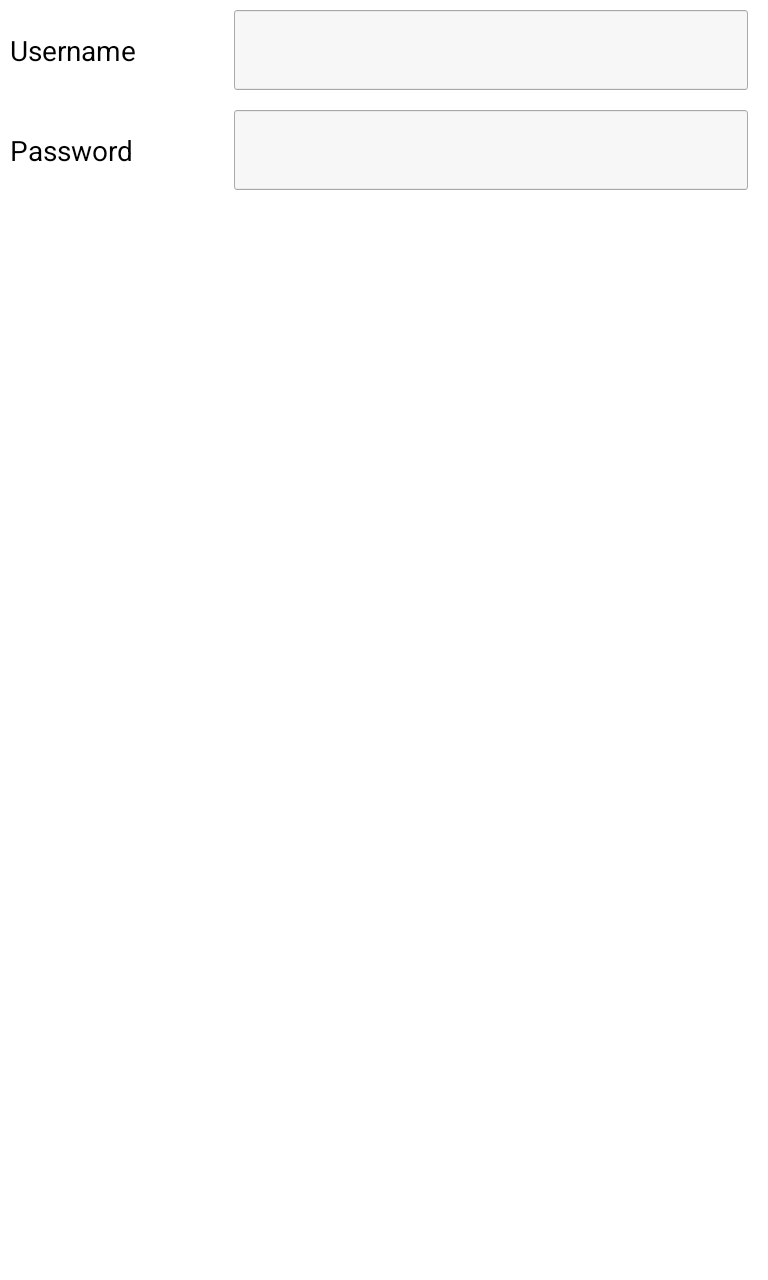
Repository: pankajk7/hotel_mockup
Layout: Hotel_MockUp/res/layout/login_layout.xml
An editor plug-in stored every save of this project. The layout is shown before and after the next save, followed by the edit.
It is drawn on a 768 x 1280 px phone screen (xhdpi) without system bars, with theme AppTheme; the app's code is not run.

Above is the layout before, as saved 2014-11-03 09:37:59.

### Hotel_MockUp/res/layout/login_layout.xml
<?xml version="1.0" encoding="utf-8"?>
<LinearLayout xmlns:android="http://schemas.android.com/apk/res/android"
    android:layout_width="fill_parent"
    android:layout_height="fill_parent"
    android:orientation="vertical"
    android:background="#fff">



     <LinearLayout
                android:layout_width="match_parent"
                android:layout_height="wrap_content"
                android:layout_margin="5dp"
                android:orientation="horizontal" >

                <TextView
                    android:layout_width="match_parent"
                    android:layout_height="match_parent"
                    android:layout_weight="2.5"
                    style="@style/textviewstyle"
                    android:gravity="center_vertical|left"
                    android:text="Username"
                    android:textSize="14dp" />

                <EditText
                    android:id="@+id/edittext_login_email"
                    android:layout_width="match_parent"
                    android:layout_height="40dp"
                    style="@style/edittextstyle"
                    android:layout_marginLeft="5dp"
                    android:layout_marginRight="5dp"
                    android:layout_weight="1"
                    android:inputType="textEmailAddress"
                    android:singleLine="true" />
            </LinearLayout>

      <LinearLayout
                android:layout_width="match_parent"
                android:layout_height="wrap_content"
                android:layout_margin="5dp"
                android:orientation="horizontal" >

                <TextView
                    android:layout_width="match_parent"
                    android:layout_height="match_parent"
                    android:layout_weight="2.5"
                    style="@style/textviewstyle"
                    android:gravity="center_vertical|left"
                    android:text="Password"
                    android:textSize="14dp" />

                <EditText
                    android:id="@+id/edittext_login_password"
                    android:layout_width="match_parent"
                    android:layout_height="40dp"
                    style="@style/edittextstyle"
                    android:layout_marginLeft="5dp"
                    android:layout_marginRight="5dp"
                    android:layout_weight="1"
                    android:inputType="textPassword"
                    android:singleLine="true" />
            </LinearLayout>

 </LinearLayout>

### Hotel_MockUp/res/values/styles.xml
<resources xmlns:android="http://schemas.android.com/apk/res/android">

    <!--
        Base application theme, dependent on API level. This theme is replaced
        by AppBaseTheme from res/values-vXX/styles.xml on newer devices.
    -->
    <style name="AppBaseTheme" parent="@android:style/Theme.Holo.Light">
        <!--
            Theme customizations available in newer API levels can go in
            res/values-vXX/styles.xml, while customizations related to
            backward-compatibility can go here.
        -->
    </style>

    <!-- Application theme. -->
    <style name="AppTheme" parent="@android:style/Theme.Holo.Light">
        <!-- All customizations that are NOT specific to a particular API-level can go here. -->
    </style>

    <style name="edittextstyle" parent="AppBaseTheme">
        <item name="android:background">@drawable/edittext_background</item>
        <item name="android:textColor">#000</item>
        <item name="android:padding">5dp</item>
    </style>

    <style name="textviewstyle" parent="AppBaseTheme">
        <item name="android:textColor">#000</item>
    </style>

</resources>

### Hotel_MockUp/res/values-v11/styles.xml
<resources>

    <!--
        Base application theme for API 11+. This theme completely replaces
        AppBaseTheme from res/values/styles.xml on API 11+ devices.
    -->
    <style name="AppBaseTheme" parent="">
        <!-- API 11 theme customizations can go here. -->
    </style>

</resources>

### Hotel_MockUp/res/values-v14/styles.xml
<resources>

    <!--
        Base application theme for API 14+. This theme completely replaces
        AppBaseTheme from BOTH res/values/styles.xml and
        res/values-v11/styles.xml on API 14+ devices.
    -->
    <style name="AppBaseTheme" parent="">
        <!-- API 14 theme customizations can go here. -->
    </style>

</resources>

After the next save:
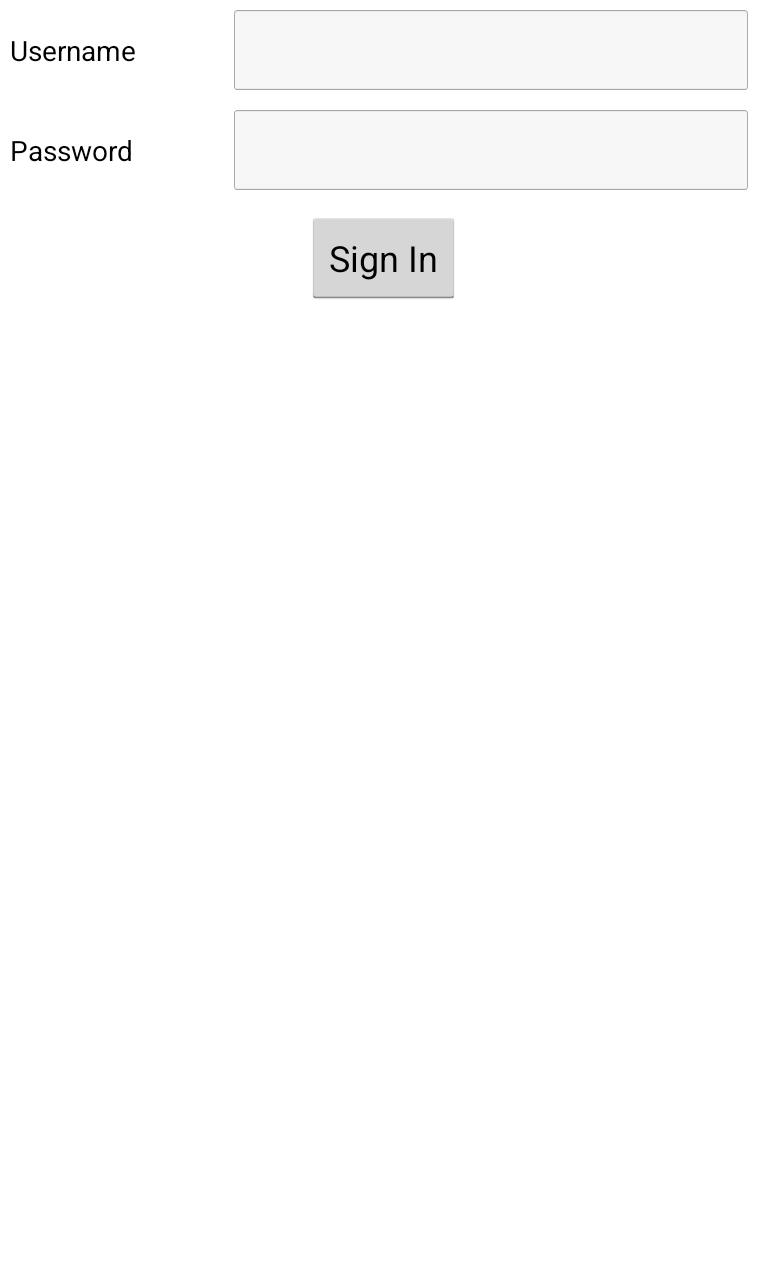
Saved 5 min 35 s later.
--- a/Hotel_MockUp/res/layout/login_layout.xml
+++ b/Hotel_MockUp/res/layout/login_layout.xml
@@ -61,4 +61,17 @@
                     android:singleLine="true" />
             </LinearLayout>
 
+      <LinearLayout
+                android:layout_width="match_parent"
+                android:layout_height="wrap_content"
+                android:layout_margin="5dp"
+                android:orientation="horizontal"
+                android:gravity="center" >
+
+          	<Button
+          	    android:id="button_login_signIn"
+          	    android:layout_width="wrap_content"
+          	    android:layout_height="wrap_content"
+          	    android:text="Sign In"/>
+ 		</LinearLayout>
  </LinearLayout>
